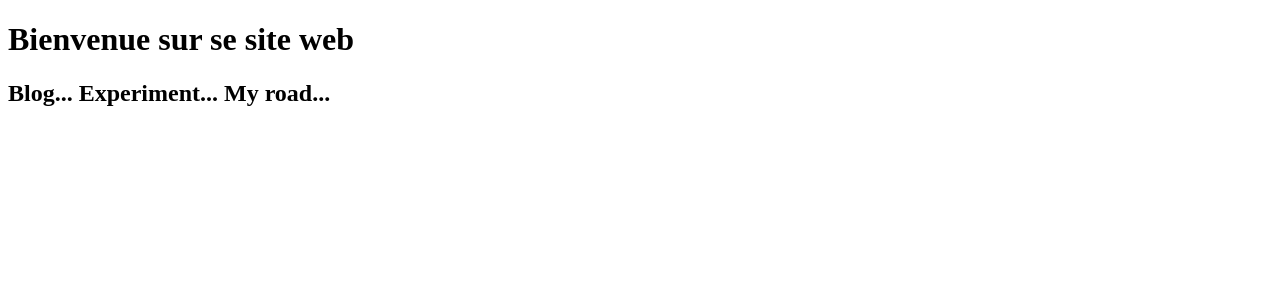
Repository: ValetteEvan/PersonalWebApp
Page: index.html
An editor plug-in stored every save of this project. The page is shown before and after a run of saves, followed by the edit.
The browser window is 1280 px wide. The pictures show the whole page.

Above is the page before, as saved 2025-01-07 17:25:55.

### index.html
<!DOCTYPE html>
<html>

    <head>
        <meta charset="utf-8" />
        <title>Valette Evan</title>
    </head>

    <body>
        <h1>Bienvenue sur se site web</h1>
        <h2>Blog... Experiment... My road...</h2>

    </body>
</html>

After the next 2 saves:
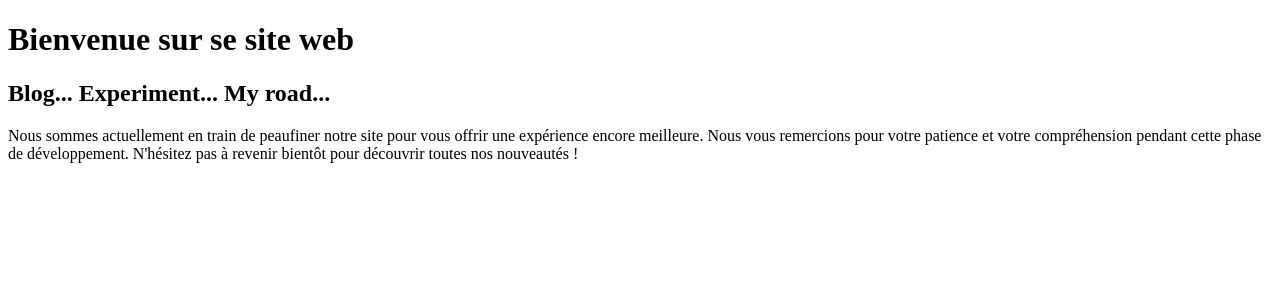
The 2 saves are shown as one change because they came seconds apart.
The last was saved 62 s later.
--- a/index.html
+++ b/index.html
@@ -9,6 +9,6 @@
     <body>
         <h1>Bienvenue sur se site web</h1>
         <h2>Blog... Experiment... My road...</h2>
-
+        <p>Nous sommes actuellement en train de peaufiner notre site pour vous offrir une expérience encore meilleure. Nous vous remercions pour votre patience et votre compréhension pendant cette phase de développement. N'hésitez pas à revenir bientôt pour découvrir toutes nos nouveautés !</p>
     </body>
 </html>
